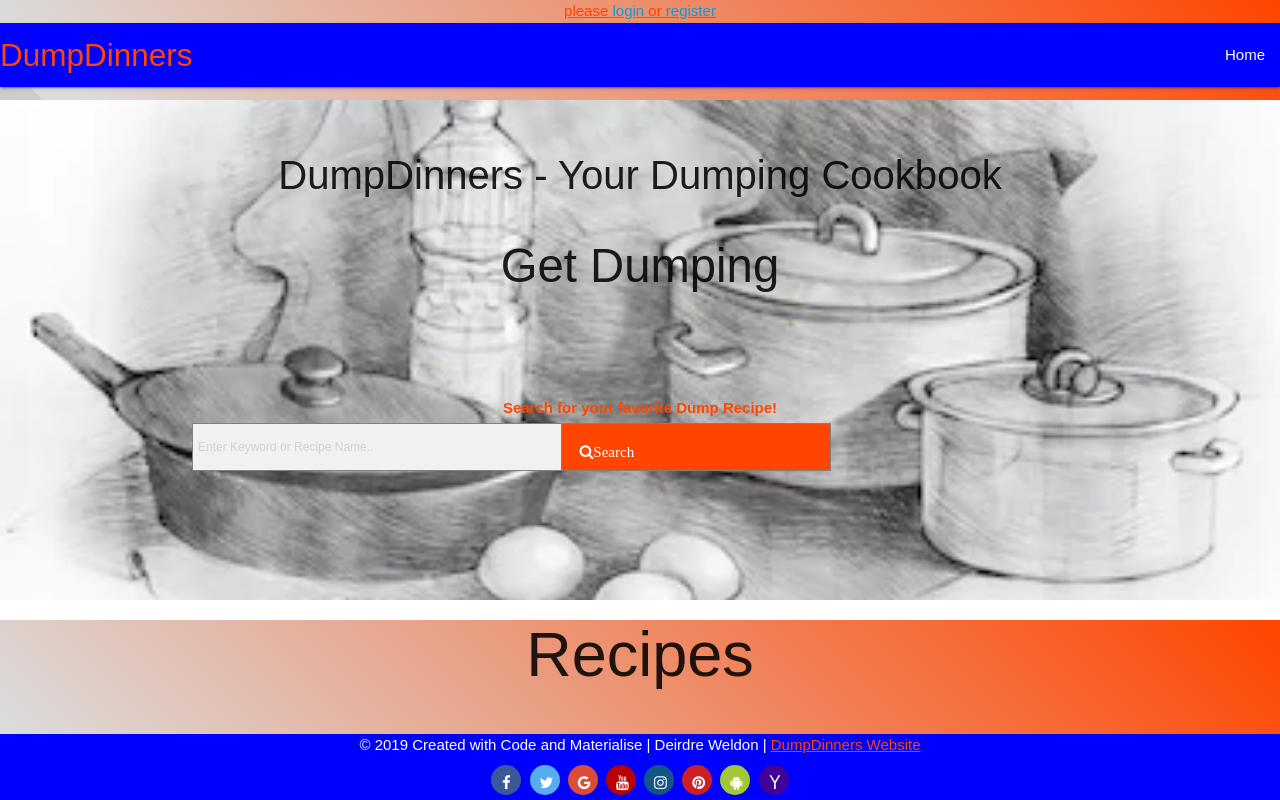
Repository: Deirdre18/dumpdinners-recipe-app
Page: http://localhost/
The author's editor kept a record of every edit. The page is drawn from the files as they stood at one moment, then again after the next edit.
The browser window is 1280 px wide. The pictures show the whole page.
Some web libraries are served in a nearby version. The page is served by the project's application, run on Flask 3 (app.py). Queries for data that is not in the repository find no rows.

Above is the page before.

### templates/allrecipes1.html
{% extends "base.html" %}
{% block content %}

        <h1 class="title">Recipes</h1>
 {#{{referred to https://github.com/pierceoneill/code-institute-milestone-project-04/blob/master/templates/recipes.html for recipe-cards code.}}#}



   <div id="recipe-cards" class="row">
    {% for recipe in recipes %}
        <div class="col s12 m4 l3 recipe-card" data-date="{{recipe.date_added}}">
            <div class="card-heading"style="text-align:center">

                    <div class="card-title">
                        <h6><span id="recipe_name" name="recipe_name" ><i><strong>{{recipe.recipe_name}} </i></strong></span></h6>

                    </div>
            </div>


            <div class="card-image" >
                <img src="{{recipe.image}}" width="200" height="200" style="margin-top": 40%;>
            </div>


            <div class="card-body">

                <p id="short_description"></p> <strong><em>{{recipe.short_description}}</strong></em></p>
            </div>

           <div class="card-footer">


                <div class="card-action">
                   <a href="/recipe/{{ recipe._id }}"> <button class="btn waves-effect waves-light" type="submit" style="background-color:orangered" name="action">See More
                <i class="material-icons right">view_list</i>
             </button></a>

                </div>
           </div>




            <!-- more display -->
    </div>
    {% endfor %}

{% endblock %}

### templates/base.html
<!DOCTYPE html>
<html>

<head>
    <!--referred to this link for downloading bootstrap, as well as previous CI tutorials - https://forums.fedoraforum.org/showthread.php?314148-How-to-download-bootstrap-->

    <meta charset="UTF-8">
    <meta name="viewport" content="width=device-width, user-scalable=no, initial-scale=1.0, maximum-scale=1.0, minimum-scale=1.0">
    <meta http-equiv="X-UA-Compatible" content="ie=edge">
    <title>{{ title }} - DumpDinners</title>
    <link href="https://fonts.googleapis.com/icon?family=Material+Icons" rel="stylesheet">
    <link rel="stylesheet" href="https://cdnjs.cloudflare.com/ajax/libs/materialize/0.100.2/css/materialize.min.css">
    <link rel="stylesheet" href="{{url_for('static', filename='styles.css')}}" type="text/css" />
    <link rel="icon" type="image/ico" href="/static/images/favicon.ico" />
    <link rel="stylesheet" href="https://cdnjs.cloudflare.com/ajax/libs/font-awesome/4.7.0/css/font-awesome.min.css">

    <style>
        body {
            font-family: Arial;
        }

        * {
            box-sizing: border-box;
        }

        form.example input[type=text] {
            padding: 5px;
            font-size: 12px;
            border: 1px solid grey;
            float: left;
            width: 4%;
            height: 1%;
            background: #f1f1f1;
        }

        form.example button {
            float: left;
            width: 3%;
            height: 2%;
            padding: 5px;
            background: #2196F3;
            color: white;
            font-size: 12px;
            border: 1px solid grey;
            border-left: none;
            cursor: pointer;
        }

        form.example button:hover {
            background: #0b7dda;
        }

        form.example::after {
            content: "";
            clear: both;
            display: table;
        }
    </style>



</head>

<body>

    <style scoped>
        .pattern {
            min-height: 100px;
        }

        #stripes4 {

            background-image: repeating-linear-gradient(45deg, #ccc, #ccc 30px, #dbdbdb 30px, #dbdbdb 60px, orangered);

        }
    </style>

    <!--to give background gradient color, referred to https://www.quackit.com/css/codes/patterns/css_background_stripes.cfm-->

    <div id="stripes4" class="pattern">


        <!--referred to code from Spence Barribal's github project for username in session below (Student at Code Institute).-->

        {% if 'username' in session %}
        <div class="text-light font-italic bg-dark pt-2 pr-4" style="text-align:center; color:orangered">welcome back, {{ session['username'] }}</div>

        <li class="nav-item" style="text-align:center">
            <a href="{{ url_for( 'add_recipe') }}" style="text-decoration:underline">Add Recipe</a>
        </li>

        <li class="nav-item" style="text-align:center">
            <a href="{{ url_for( 'logout') }}" style="text-decoration:underline">Logout</a>
        </li>

        <li class="nav-item" style="text-align:center">
            <a href="{{ url_for( 'allrecipes') }}" style="text-decoration:underline">Home</a>
        </li>


        {% else %}

        <div class="login" style="text-align:center;color:orangered;text-decoration:underline">please <a href="{{ url_for('login') }}">login</a> or <a href="{{ url_for('register') }}">register</a>
        </div>
        {% endif %}

        <nav>
            <div class="nav-wrapper">
                <a class="brand-logo" style="color:orangered">DumpDinners</a>
                <a href="#" data-activates="mobile-demo" class="button-collapse"><i class="material-icons">menu</i></a>
                <ul id="nav-mobile" class="right hide-on-med-and-down">

                    {% if 'username' not in session %}

                    <li class="nav-item">
                        <a href="{{ url_for('index') }}" style="color:white">Home</a></strong>
                    </li>


                    {% endif %}

                </ul>
            </div>

        </nav>
        <!--referred to https://www.w3schools.com/howto/howto_css_search_button.asp-->

        {% if 'username' in session %}
        <ul class="sidenav" id="mobile-demo">
            <li class="nav-item">
                <a href="{{ url_for('allrecipes') }}" style="color:orangered;text-decoration:underline"><strong>Home</strong></a>
            </li>
            {% endif %}


        </ul>
    </div>

    <div id="index-banner" class="parallax-container">
        <div class="section no-pad-bot">
            <div class="container">

                <div class="parallax">
                    <img src="{{ url_for('static', filename='uploads/' + 'still-life.jpg') }}">
                </div>

                <h2 class="header center" class="header"><small>DumpDinners - Your Dumping Cookbook</small></h2>

                <h1 class="header center" class="header"><small>Get Dumping</small></h1>
                <br><br><br>


                <!--/*referred to https://www.w3schools.com/howto/howto_css_search_button.asp*/-->

                <div class="search-container">

                    <h6 class="lead-search" style="color:orangered; text-align:center"><strong>Search for your favorite Dump Recipe!</strong></h6>
                    <form class="example" action="{{ url_for('search') }}">
                        <input type="text" placeholder="Enter Keyword or Recipe Name.." required name="query" style="margin-top:0; width:40%; height:3em !important; color: black">
                        <div id="search">
                            <button type="submit" style="margin-top:0; width:30%; height:4em !important; background-color:orangered;text-align:left"><i class="fa fa-search" style="font-size:15px">Search</i></button>
                        </div>
                    </form>
                </div>


            </div>
        </div>
        <!--Referred to this link for adding photos dynamically. https://stackoverflow.com/questions/40877272/jinja2-not-displaying-the-images-->


    </div>

    <div id="stripes4" class="pattern">
        {% block content %}{% endblock %}
    </div>

    <script src="https://cdnjs.cloudflare.com/ajax/libs/jquery/3.2.1/jquery.min.js"></script>
    <script src="https://cdnjs.cloudflare.com/ajax/libs/materialize/0.100.2/js/materialize.min.js"></script>



    <script type="text/javascript">
        /*Collapsable elements are in place but not firing yet. We use Jquery document.ready) function when document is ready, when all the html elements have rendered.  So we'll place this in the base.html in the parent template so that any collapsible elements can access this functionality when they're being rendered. So we now have our accordion in place. What we'll do next is we will dynamically add tasks to those accordion elements.*/



        $(document).ready(function() {
            $(".button-collapse").sideNav();
        });



        $('.datepicker').pickadate({
            selectMonths: true, // Creates a dropdown to control month
            selectYears: 15, // Creates a dropdown of 15 years to control year,
            today: 'Today',
            clear: 'Clear',
            close: 'Ok',
            closeOnSelect: false // Close upon selecting a date,
        });

        $(document).ready(function() {
            $('.parallax').parallax();
        });
    </script>

    <!-- jquery to activate buttons -->

    <script type="text/javascript">
        $(document).ready(function() {
            $('.collapsible').collapsible();
            $('select').material_select();
        });
    </script>

    <!--to create footer referred to https://www.w3schools.com/howto/tryit.asp?filename=tryhow_css_fixed_footer. For flexible footer referred to https://materializecss.com/footer.html-->
    <!--decided to make footer fixed rather than flexible-->

    <style>
        .footer {
            margin-top: 1px;
            display: fixed;
            min-height: 3vh;
            flex-direction: column;
            text-align: center;
            background-color: blue;
            color: white;
        }

        main {
            flex: 1 0 auto;
        }

        .container {
            margin-top: 15px;
            margin-bottom: 3px;
        }
    </style>



    <style>
        .fa {
            padding: 10px;
            font-size: 15px;
            width: 30px;
            text-decoration: none;
            margin: 5px 2px;
            border-radius: 50%;
            height: 30px;
        }

        .fa:hover {
            opacity: 0.7;

        }

        .fa-facebook {
            background: #3B5998;
            color: white;
            text-align: center;
        }

        .fa-twitter {
            background: #55ACEE;
            color: white;
            text-align: center;
        }

        .fa-google {
            background: #dd4b39;
            color: white;
            text-align: center;
        }

        .fa-youtube {
            background: #bb0000;
            color: white;
            text-align: center;
        }

        .fa-instagram {
            background: #125688;
            color: white;
            text-align: center;
        }

        .fa-pinterest {
            background: #cb2027;
            color: white;
            text-align: center;
        }


        .fa-android {
            background: #a4c639;
            color: white;
            text-align: center;
        }



        .fa-yahoo {
            background: #430297;
            color: white;
            text-align: center;
        }

        strong {
            font-weight: bold;
        }
    </style>



    <div class="footer">


        <div class="container">
            <!--created blank spaces, referred to https://www.computerhope.com/jargon/n/nbsp.htm-->
            © 2019 Created with Code and Materialise&nbsp| Deirdre Weldon |&nbsp<a href="https://dumpdinners-recipe-app.herokuapp.com/" style="color:orangered; text-decoration: underline">DumpDinners Website

        </div>

        <!--for social media icons and styles referred to https://www.w3schools.com/howto/howto_css_social_media_buttons.asp    -->




<!-- Add font awesome icons -->
            <a href="https://www.facebook.com/" class="fa fa-facebook"></a>
            <a href="https://www.twitter.com/" class="fa fa-twitter"></a>
            <a href="https://www.google.com/" class="fa fa-google"></a>
            <a href="https://www.youtube.com/" class="fa fa-youtube"></a>
            <a href="https://www.instagram.com/" class="fa fa-instagram"></a>
            <a href="https://www.pinterest.com/" class="fa fa-pinterest"></a>
            <a href="https://www.android.com/" class="fa fa-android"></a>
            <a href="https://www.yahoo.com/" class="fa fa-yahoo"></a>


        </div>



</body>

</html>

### app.py
import os
import re
from flask import Flask, render_template, redirect, request, url_for, session, flash

from flask_pymongo import PyMongo
import pymongo
from pymongo import MongoClient
from bson.objectid import ObjectId


from werkzeug.security import generate_password_hash, check_password_hash


app = Flask(__name__)

app.secret_key = "randomstring123"



if app.config['DEBUG'] == True:
    from config import dbconfig
    app.config["MONGO_DBNAME"] = 'dumpdinners'
    app.config["MONGO_URI"] = dbconfig()
else:
    app.config['MONGO_URI'] = os.environ.get("MONGO_URI")
    app.config['MONGO_DBNAME'] = os.environ.get("MONGO_DBNAME")

mongo = PyMongo(app)


@app.route('/')
@app.route('/index')
def index():
    """Home page the gets 4 recipes from DB that have been viewed the most"""
    four_recipes = mongo.db.recipes.find().limit(4)
    return render_template('allrecipes1.html', recipes=four_recipes)

@app.route('/allrecipes')
def allrecipes():
    recipes = mongo.db.recipes.find()
    return render_template('allrecipes.html', recipes=recipes)

@app.route('/allrecipes1')
def allrecipes1():
    recipes = mongo.db.recipes.find()
    four_recipes = mongo.db.recipes.find().limit(4)
    return render_template('allrecipes1.html', recipes=four_recipes)

@app.route('/add_recipe')
def add_recipe():
    recipes = mongo.db.recipes.find()
    return render_template('addrecipe.html',
        categories=mongo.db.categories.find())


@app.route('/insert_recipe', methods=['POST'])
def insert_recipe():
    recipes = mongo.db.recipes
    recipes.insert_one(request.form.to_dict())
    flash ("Thank you, your recipe has been inserted")
    return redirect(url_for('allrecipes'))



@app.route('/edit_recipe/<recipe_id>', methods=['GET', 'POST'])
def edit_recipe(recipe_id):
    """Allows logged in user to edit their own recipes"""
    recipe_db = mongo.db.recipes.find_one_or_404({'_id': ObjectId(recipe_id)})
    all_categories =  mongo.db.categories.find()
    if request.method == 'GET':

        return render_template('editrecipe.html', recipe=recipe_db, categories=all_categories)


# referred to this article for advice on 'views' - https://stackoverflow.com/questions/5782311/mongodb-inc-embedded-value-syntax

@app.route('/update_recipe/<recipe_id>', methods=["POST"])
def update_recipe(recipe_id):
    recipes = mongo.db.recipes
    recipes.update( {'_id': ObjectId(recipe_id)},
    {
        '$set': {

        'recipe_name':request.form.get('recipe_name'),
        'ingredients':request.form.get('ingredients'),
        'image': request.form.get('image'),
        'category_name': request.form.get('category_name'),
        'username': request.form.get('username'),
        'methods': request.form.get('methods'),
        'short_description': request.form.get('short_description'),
        'date_added': request.form.get('date_added'),
        'is_vegetarian': request.form.get('is_vegetarian'),
        'views': 1,
        }
    })
    return redirect(url_for('allrecipes'))



@app.route('/delete_recipe/<recipe_id>')
def delete_recipe(recipe_id):
    mongo.db.recipes.remove({'_id': ObjectId(recipe_id)})
    return redirect(url_for('allrecipes'))

@app.route('/search')
def search():
    """Provides logic for search bar"""
    orig_query = request.args['query']
    # using regular expression setting option for any case
    query = {'$regex': re.compile('.*{}.*'.format(orig_query)), '$options': 'i'}
    # find instances of the entered word in title, tags or ingredients
    results = mongo.db.recipes.find({
        '$or': [
            {'recipe_name': query},
            {'ingredients': query},
            {'recipe_name': query}
        ]
    })
    return render_template('search.html', query=orig_query, results=results)


@app.route('/recipe/<recipe_id>')
def recipe(recipe_id):
    """Shows full recipe and increments view"""
    mongo.db.recipes.find_one_and_update(
        {'_id': ObjectId(recipe_id)},
        {'$inc': {'views': 1}}
    )
    recipe_db = mongo.db.recipes.find_one_or_404({'_id': ObjectId(recipe_id)})
    return render_template('recipe.html', recipe=recipe_db)




#ROUTES FOR CATEGORIES


@app.route('/get_categories')
def get_categories():
    return render_template('categories.html',
        categories=mongo.db.categories.find())

@app.route('/add_category')
def add_category():
    return render_template('addcategory.html')

@app.route('/insert_category', methods=['POST'])
def insert_category():
    category_doc = {'category_name': request.form.get('category_name')}
    mongo.db.categories.insert_one(category_doc)
    return redirect(url_for('allrecipes'))

@app.route('/edit_category/<category_id>')
def edit_category(category_id):
    return render_template('editcategory.html',
    categories=mongo.db.categories.find_one({'_id': ObjectId(category_id)}))


@app.route('/update_category/<category_id>', methods=['POST'])
def update_category(category_id):
    categories = mongo.db.categories
    categories.update({'_id': ObjectId(category_id)},
    {


         'category_name': request.form.get('category_name'),

    })
    return redirect(url_for('get_categories'))

#Copied routing for login from Deborah Thompson, student at Code Institute for login routing - #https://github.com/debbiect246/recipe-app#


@app.route('/login', methods=["GET","POST"])
def login():
    if request.method == 'POST':
        login_user = mongo.db.register.find_one({'username': request.form['username']})
        form = request.form
        if login_user:
            if(form["password"] == login_user["password"]): # if password correct
                session['username'] = login_user["username"]
                return redirect(url_for('allrecipes',register_id = login_user["_id"]))
            else: # and if password is not correct
               flash("Incorrect password")
        else:# if user does not exist
            flash("User does not exist")
            return redirect(url_for('register'))
    return render_template('login.html')


#Copied routing for register from Deborah Thompson, student at Code Institute for login routing - #https://github.com/debbiect246/recipe-app#

@app.route('/register', methods=['POST','GET'])
def register():
    if request.method == 'POST':
        register = mongo.db.register
        register_id = register.insert_one(request.form.to_dict())
        # print(register)
        object_id = register_id.inserted_id
        flash("Thank you for registering, please go to login")
        return redirect(url_for('allrecipes1',register_id=object_id))
    return render_template('register.html')




#Copied routing for allrecipeslist from Deborah Thompson, student at Code Institute for login routing - #https://github.com/debbiect246/recipe-app#


@app.route('/logout')
def logout():
    """Clears session and redirects to home"""
    session.clear()
    return redirect(url_for('allrecipes1'))




if __name__ == '__main__':
    app.run(host=os.environ.get('IP'),
        port=int(os.environ.get('PORT')))

### static/styles.css
.card-body {
    width: 75%;
    margin-left: 0;
    left: auto;
    right: auto;
    white-space: pre-wrap;
}

#search [type="search"] [name="query"]
{
     height: 30px;
     width: 50px;
}


h3 {margin-top: 10%}

.main { margin-top: 20px;}

.card-image {width:25%;}

h5 .lead-search {margin-bottom: 0}

p .heading {margin-top: 30%;}


.card-image {white-space: pre-wrap;
            margin-bottom: -80px;
}


h1 {text-align: center;
    margin-top: 20px;

}

p {margin-top: 20%;}



.nav-wrapper {background-color: blue;}

#Add {color: indigo;
}

#View {color: indigo;
}

.brand-logo{text-align:left;}

.btn_small {
    height: 24px;
    width: 60px;
    line-height: 24px;
    margin: 5px 5px;
    padding: 0 0.5em;
}

After the next edit:
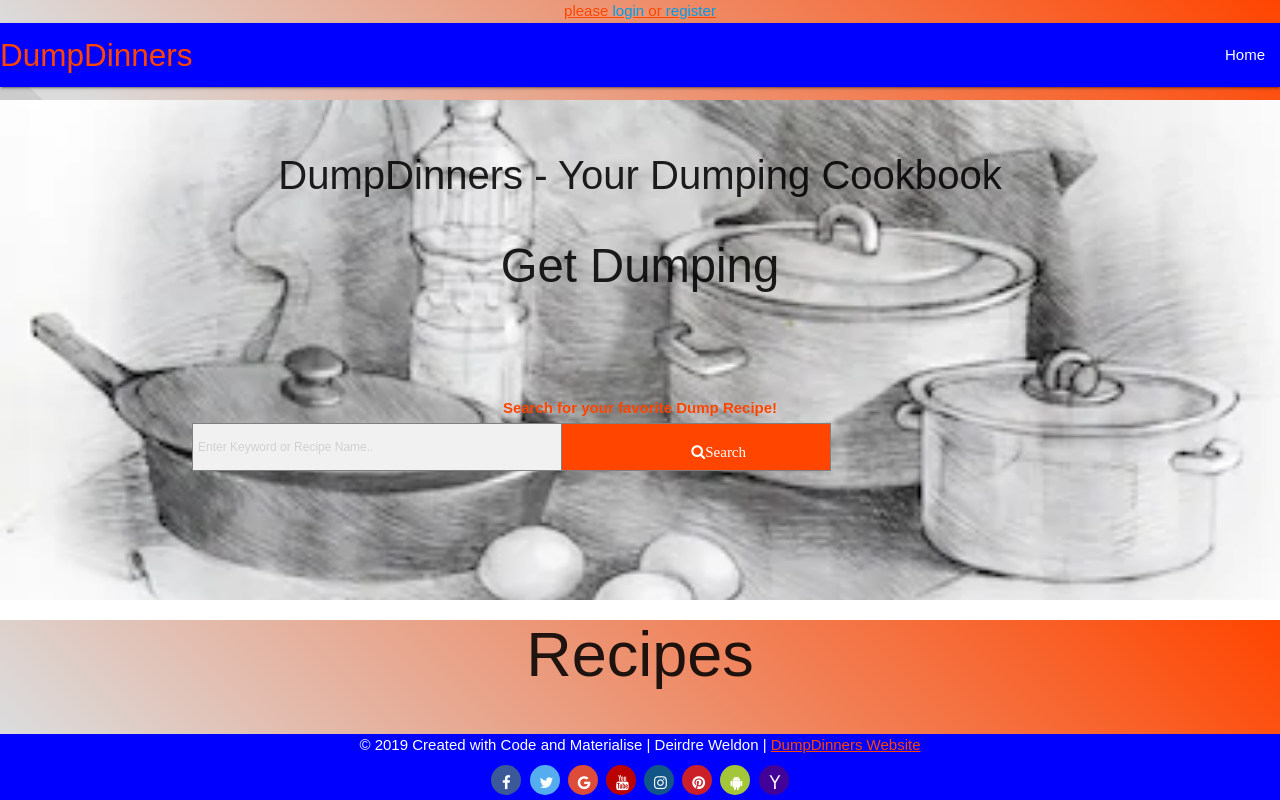
The edit:
--- a/templates/base.html
+++ b/templates/base.html
@@ -158,7 +158,7 @@
                     <form class="example" action="{{ url_for('search') }}">
                         <input type="text" placeholder="Enter Keyword or Recipe Name.." required name="query" style="margin-top:0; width:40%; height:3em !important; color: black">
                         <div id="search">
-                            <button type="submit" style="margin-top:0; width:30%; height:4em !important; background-color:orangered;text-align:left"><i class="fa fa-search" style="font-size:15px">Search</i></button>
+                            <button type="submit" style="margin-top:0; width:30%; height:4em !important; background-color:orangered;text-align:center"><i class="fa fa-search" style="font-size:15px">Search</i></button>
                         </div>
                     </form>
                 </div>
